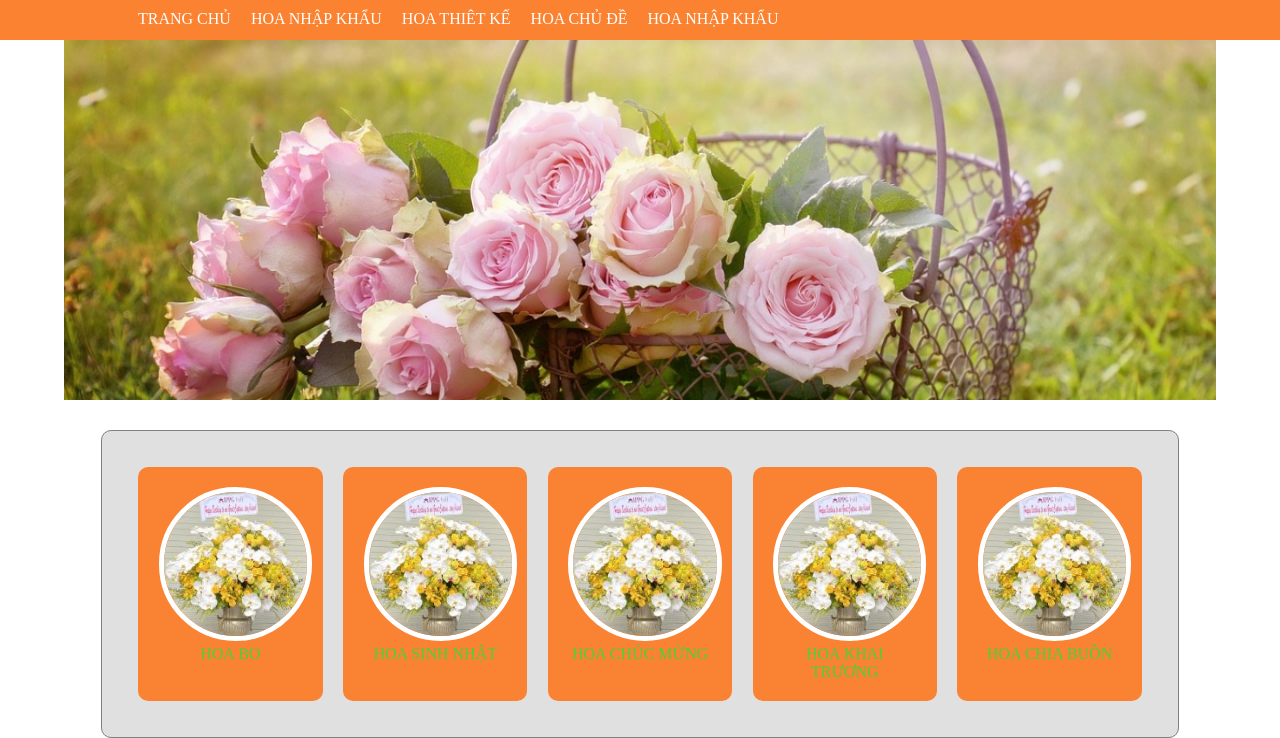
Repository: hoang71299/fe_26
Page: buoi5/buoi7/1.html
An editor plug-in stored every save of this project. The page is shown before and after the next save, followed by the edit.
The browser window is 1280 px wide. The pictures show the whole page.

Above is the page before, as saved 2022-08-28 19:53:12.

After the next save:
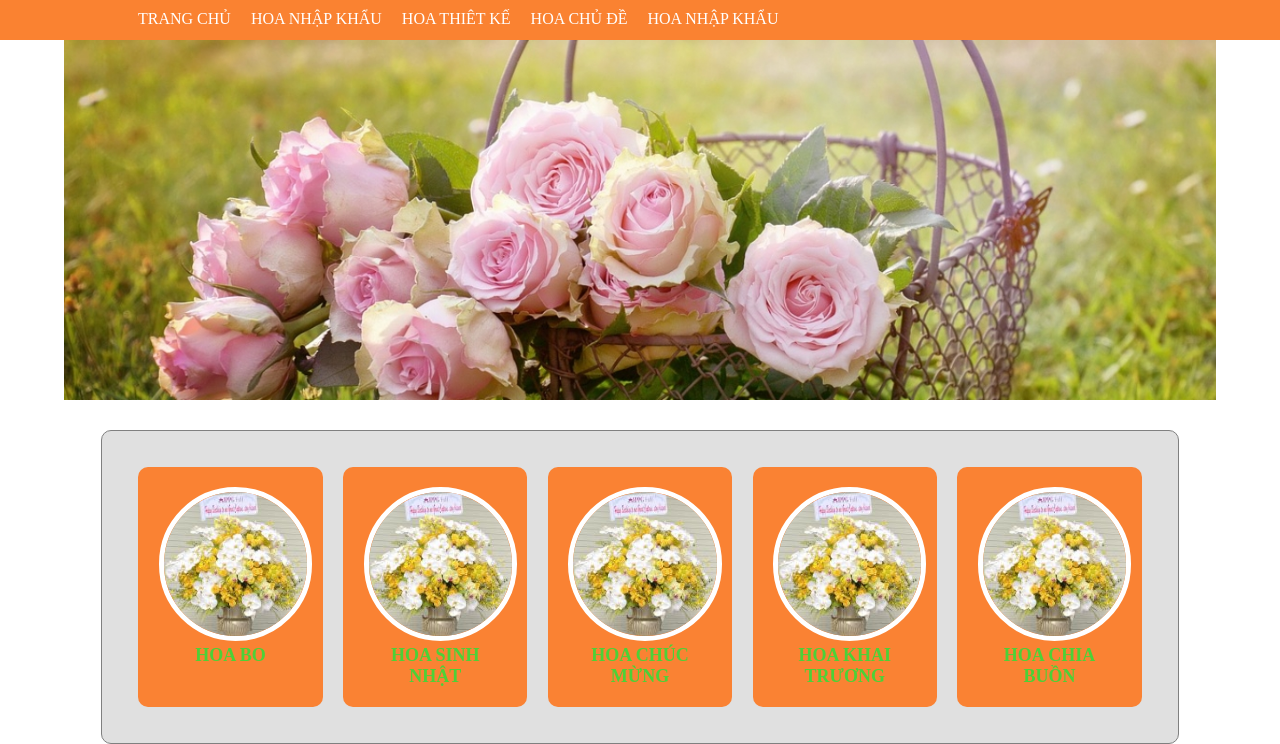
Saved 22 s later.
--- a/buoi5/buoi7/1.css
+++ b/buoi5/buoi7/1.css
@@ -93,4 +93,6 @@ html,body{
 .chude .tieude{
     color: #4cd137;
     text-transform: uppercase;
+    font-size: 18px;
+    font-weight: bold;
 }
